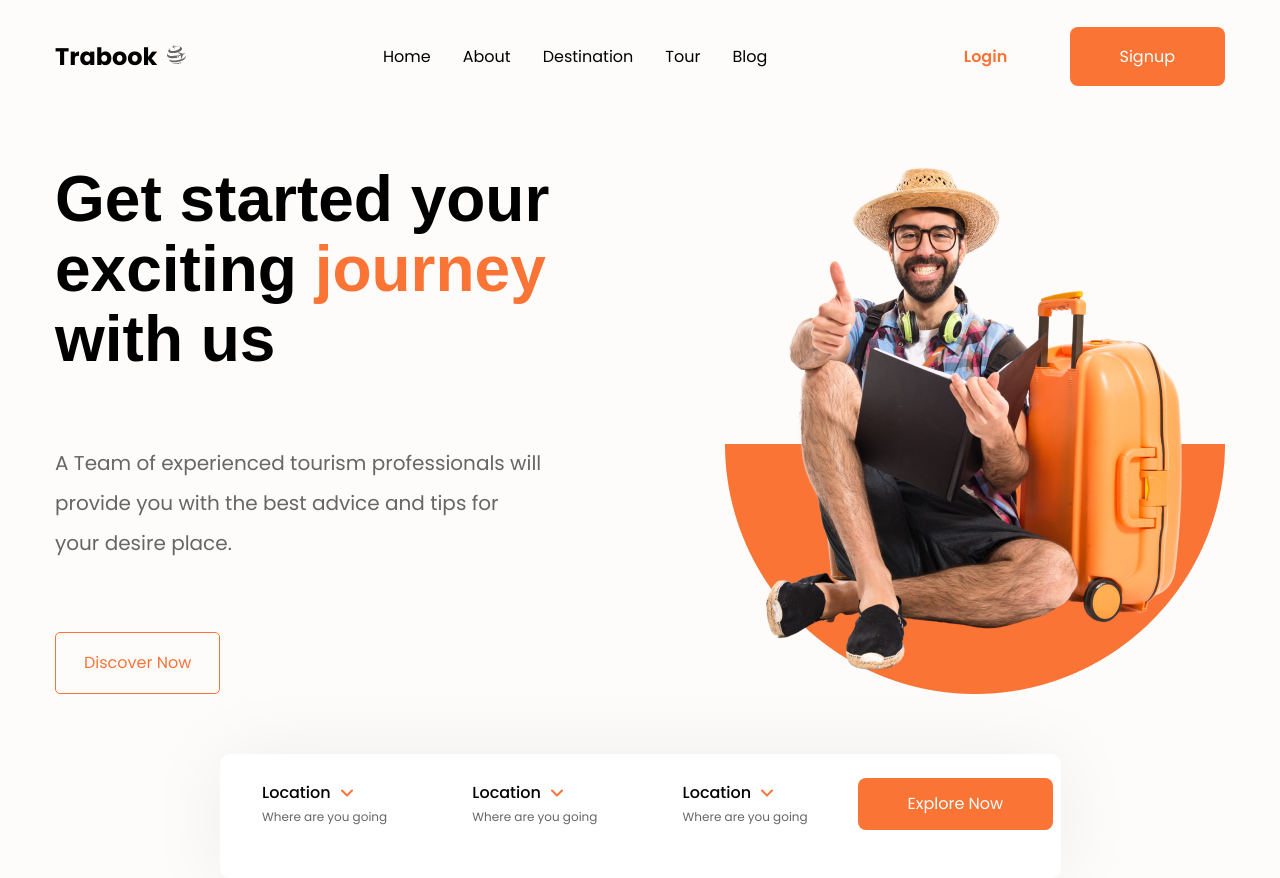
Repository: phobo99/phobo99.github.io
Page: Trabook/index.html
These files come from the project's save history. The page is drawn as it stood at one moment and after the next save; the edit follows.
The browser window is 1280 px wide. The pictures show the whole page.
Some web fonts or font styles are not loaded; a fallback is used. Some web libraries are served in a nearby version. The style sheet was rebuilt from its Sass, Less or Tailwind sources for each picture, by a compiler version that may differ from the author's.

Above is the page before, as saved 2022-06-18 23:26:58.

After the next save:
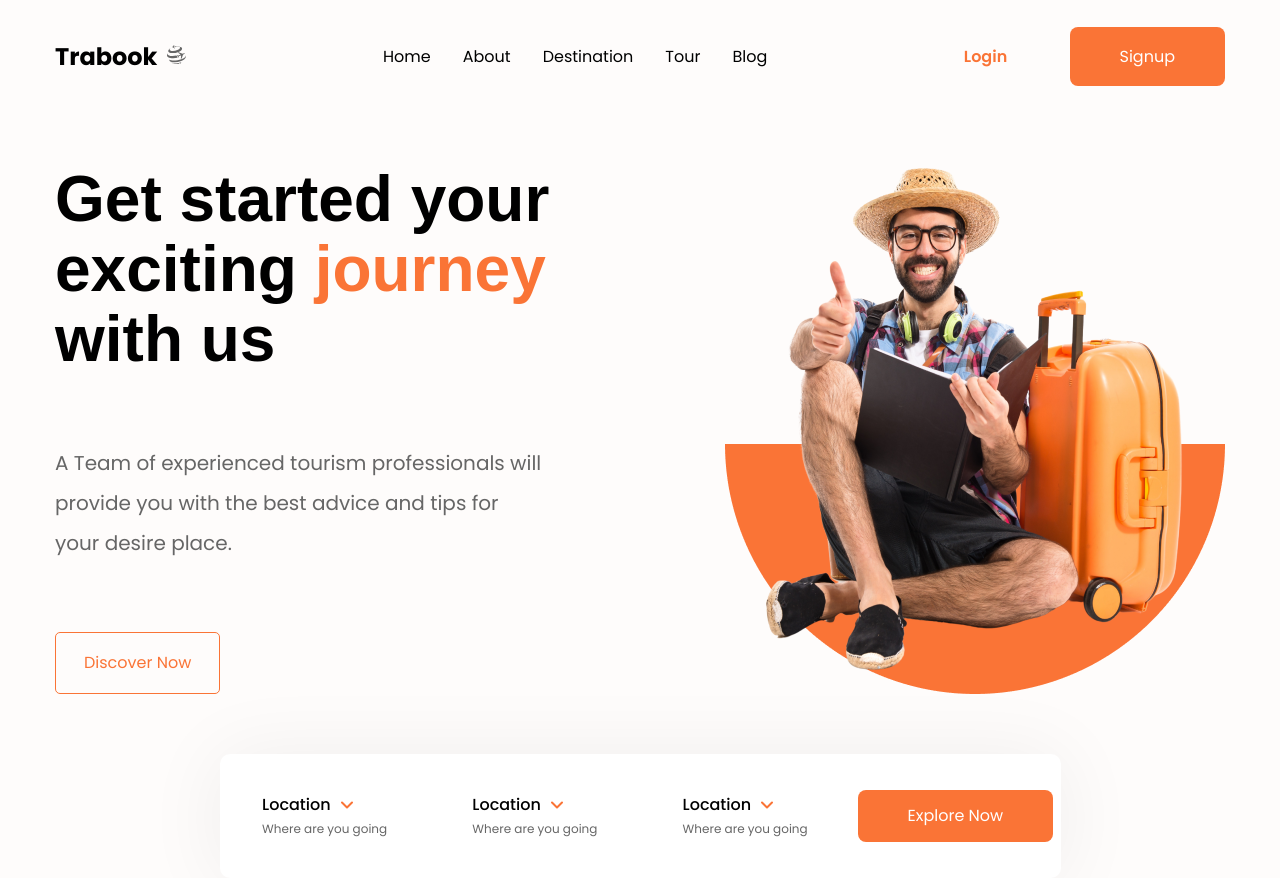
Saved 26 s later.
--- a/Trabook/style.scss
+++ b/Trabook/style.scss
@@ -136,7 +136,7 @@ h1 {
       border-radius: 10px;
       .list-search {
         width: 100%;
-        height: 100px;
+        height: 100%;
         display: grid;
         grid-template-columns: 1fr 1fr 1fr 1fr;
         justify-items: center;
